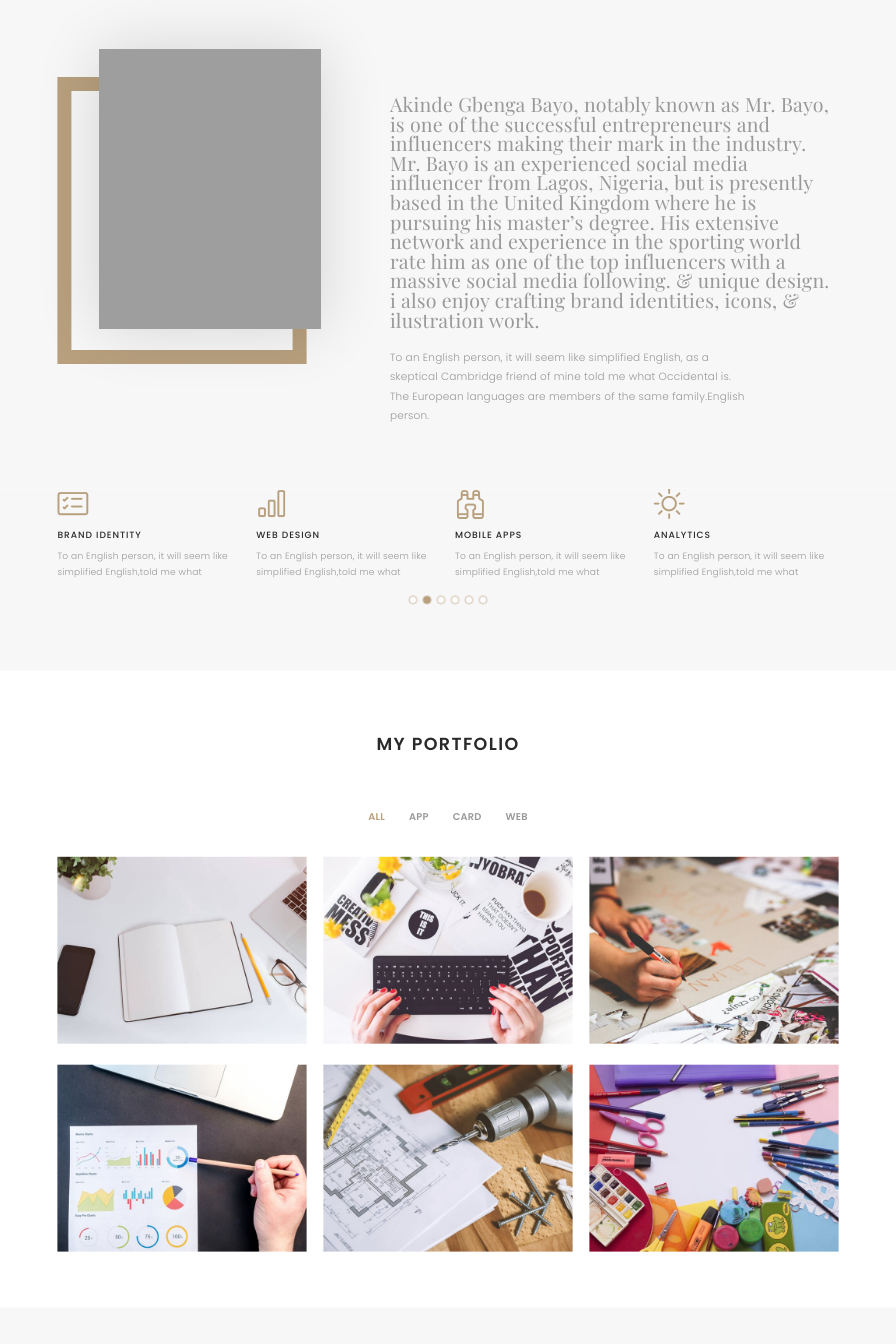
Repository: muhammedctgr/MrBayoA1
Page: index.html
An editor plug-in stored every save of this project. The page is shown before and after a run of saves, followed by the edit.
The browser window is 1280 px wide. The pictures show the part of the page from y = 730 to 2650 px (the page is 4056 px tall before and 4028 px after), at 70% of full size.
Pictures or frames that could not be fetched are drawn as grey boxes. Some web fonts or font styles are not loaded; a fallback is used.

Above is the page before, as saved 2022-10-17 22:44:14.

After the next 3 saves:
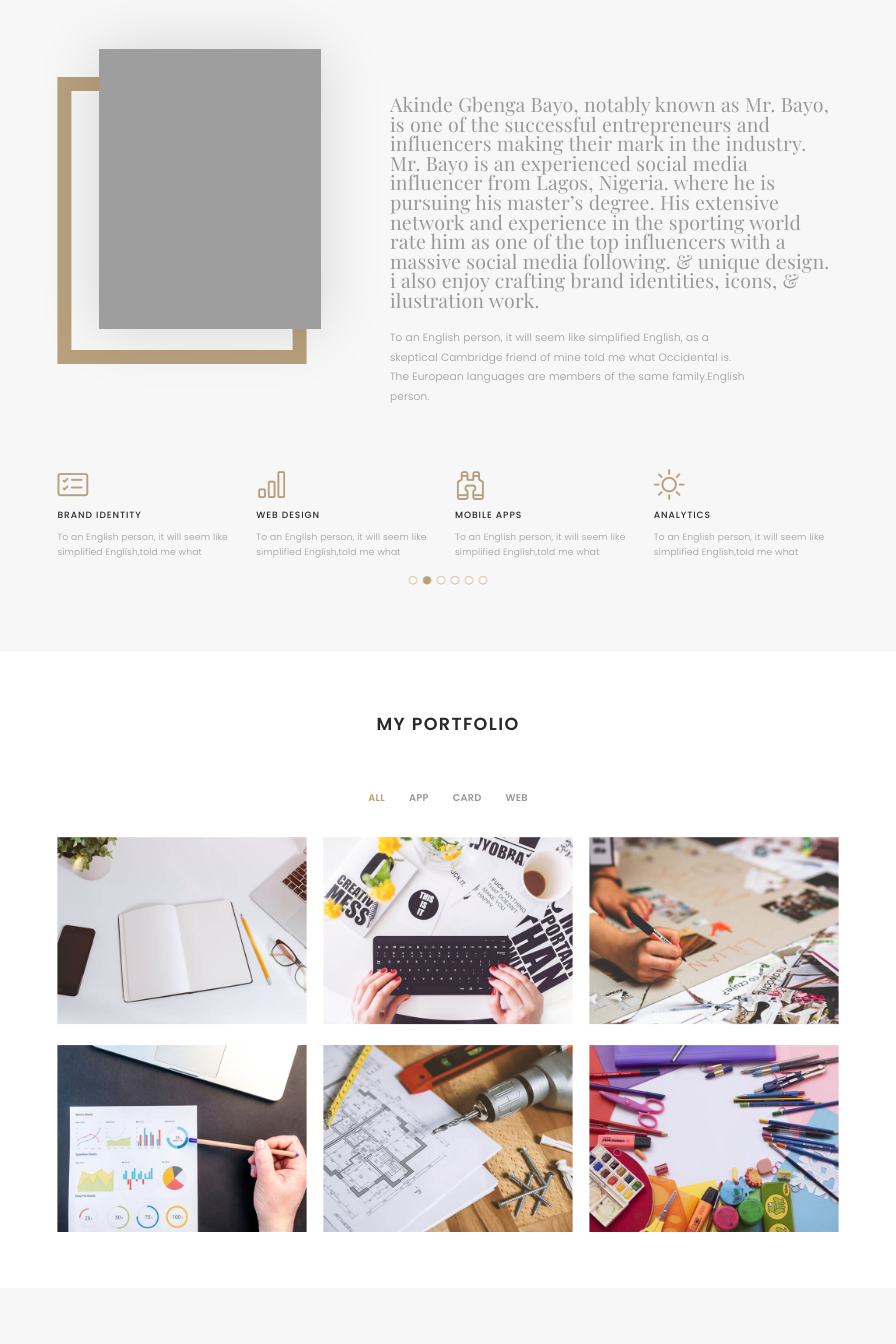
The 3 saves are shown as one change because they came seconds apart.
The last was saved 26 s later.
--- a/index.html
+++ b/index.html
@@ -107,7 +107,7 @@
             <div class="about-descr">
 
               <p class="p-heading">Akinde Gbenga Bayo, notably known as Mr. Bayo, is one of the successful entrepreneurs and influencers making their mark in the industry.
-               Mr. Bayo is an experienced social media influencer from Lagos, Nigeria, but is presently based in the United Kingdom where he is pursuing his master’s degree. His extensive network and experience in the sporting world rate him as one of the top influencers with a massive social media following.
+               Mr. Bayo is an experienced social media influencer from Lagos, Nigeria. where he is pursuing his master’s degree. His extensive network and experience in the sporting world rate him as one of the top influencers with a massive social media following.
                  & unique design. i also enjoy crafting brand identities, icons, & ilustration work. </p>
               <p class="separator">To an English person, it will seem like simplified English, as a skeptical Cambridge friend of mine told me what Occidental is. The European languages are members of the same family.English person.</p>
 
